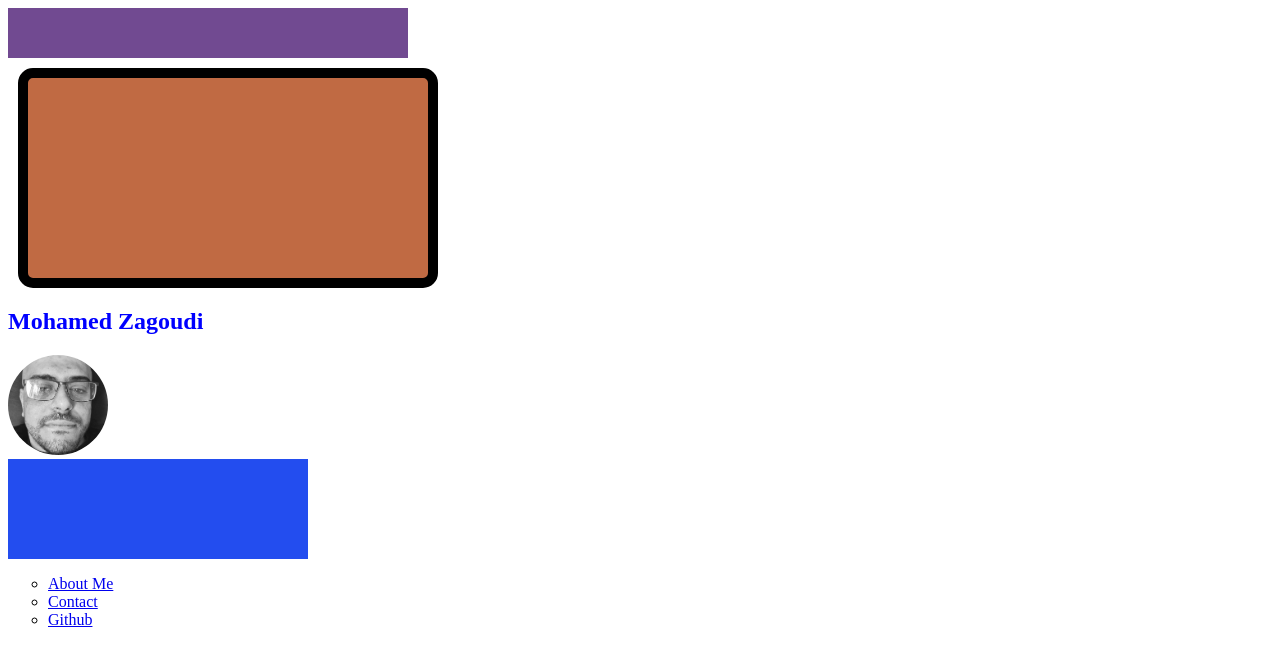
Repository: Mohzagou/Eersteportofolio
Page: index.html
The author's editor kept a copy of each file at every save. The page is drawn from the files as they stood at one save, then again after the next save.
The browser window is 1280 px wide. The pictures show the whole page.

Above is the page before, as saved 2022-06-07 19:05:25.

After the next save:
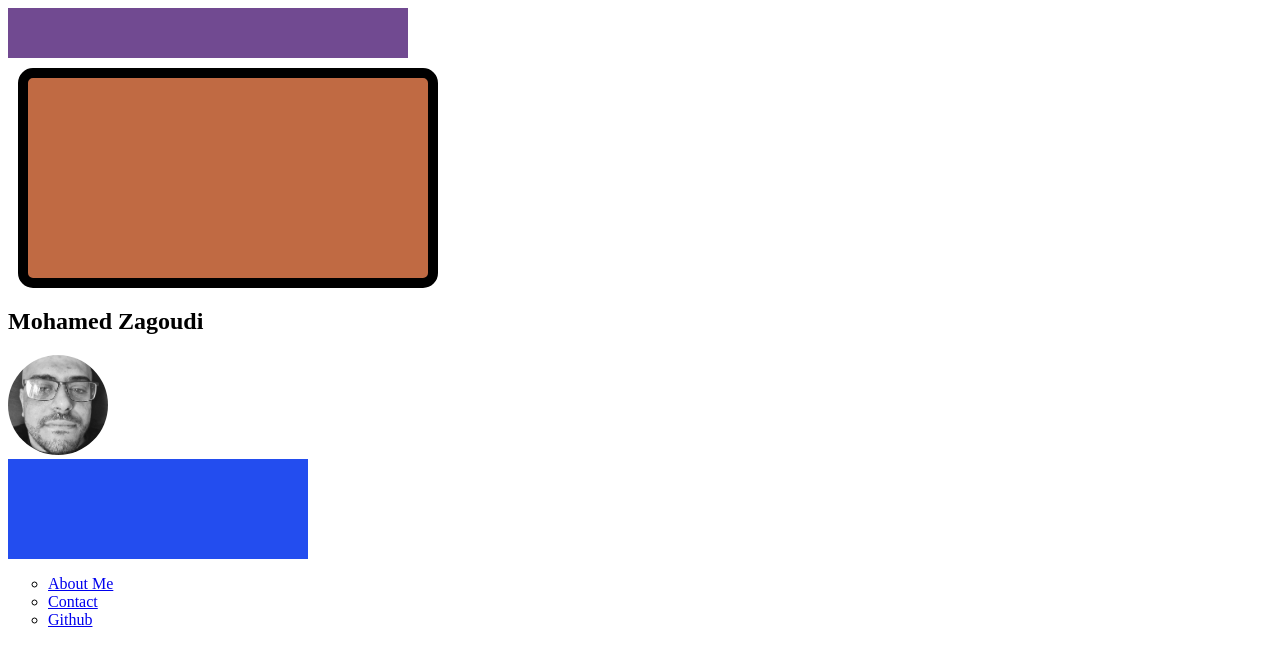
Saved 10 s later.
--- a/styles.css
+++ b/styles.css
@@ -25,5 +25,5 @@ section {
 }
 
 #name {
-    color: blue;
+    color: black;
 }
